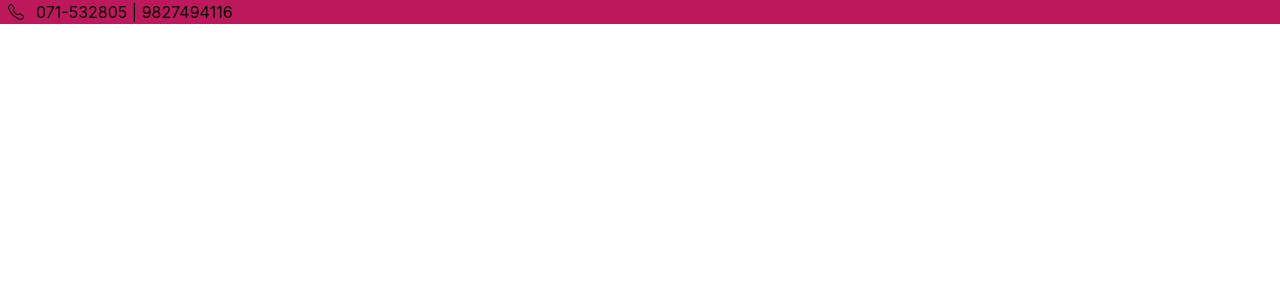
Repository: Sushant203/react-training-
Page: /
The author's editor kept a copy of each file at every save. The page is drawn from the files as they stood at one save, then again after the next save.
The browser window is 1280 px wide. The pictures show the whole page.
The project was rebuilt for these pictures with package versions that can differ from the ones it lists, and the page was loaded fresh each time. Also part of the build but not shown: src/App.css.

Above is the page before, as saved 2022-12-15 00:39:35.

### src/App.js

import './App.css';
import UpperNav from './components/UpperNav';

function App() {
  return (
    <div>
      <UpperNav />
    </div>
  );
}

export default App;

### src/components/UpperNav.jsx
import React from "react";
import { BsTelephone } from "react-icons/bs";

const UpperNav = () => {
  return (
    <div>
      <div className="bg-pink-700 text-center px-2 justify-around">
        <div className="flex gap-3 items-center">
          <BsTelephone />
          <p>071-532805 | 9827494116</p>
        </div>
      </div>

      <div></div>
    </div>
  );
};

export default UpperNav;

Loaded but not shown: public/index.html (common file); src/index.js (common file); src/index.css (common file); src/reportWebVitals.js (common file); tailwind.config.js (common file)

After the next save:
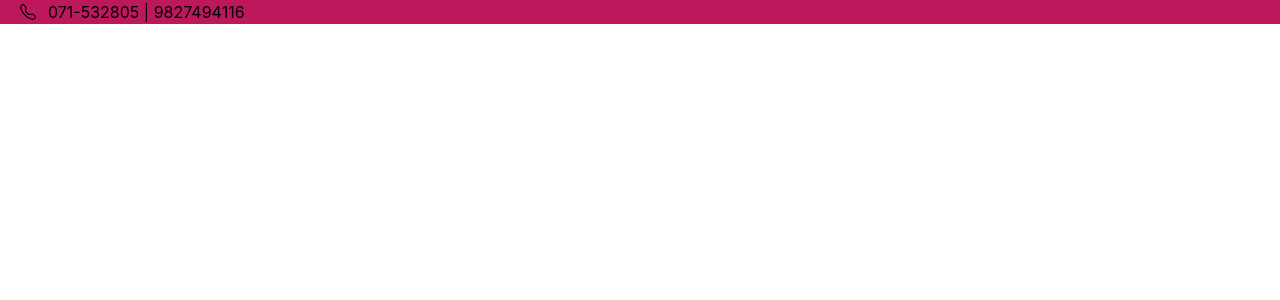
Saved 18 s later.
--- a/src/components/UpperNav.jsx
+++ b/src/components/UpperNav.jsx
@@ -4,8 +4,8 @@ import { BsTelephone } from "react-icons/bs";
 const UpperNav = () => {
   return (
     <div>
-      <div className="bg-pink-700 text-center px-2 justify-around">
-        <div className="flex gap-3 items-center">
+      <div className="bg-pink-700 text-center px-2 j">
+        <div className="flex gap-3 items-center mx-3">
           <BsTelephone />
           <p>071-532805 | 9827494116</p>
         </div>
